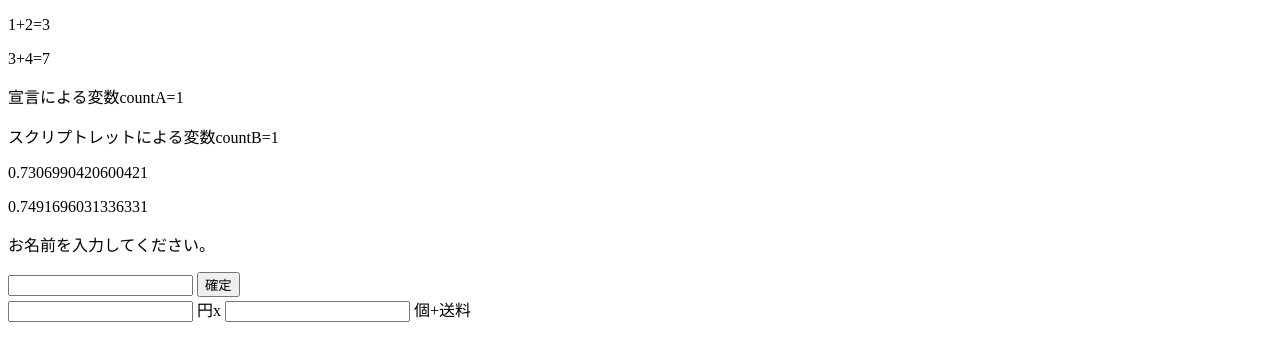
Repository: cha-git/test
Page: http://localhost/HelloJSP/
The author's editor kept a copy of each file at every save. The page is drawn from the files as they stood at one save, then again after the next save.
The browser window is 1280 px wide. The pictures show the whole page.
The page is served by Tomcat 9.

Above is the page before, as saved 2018-12-03 12:13:15.

After the next save:
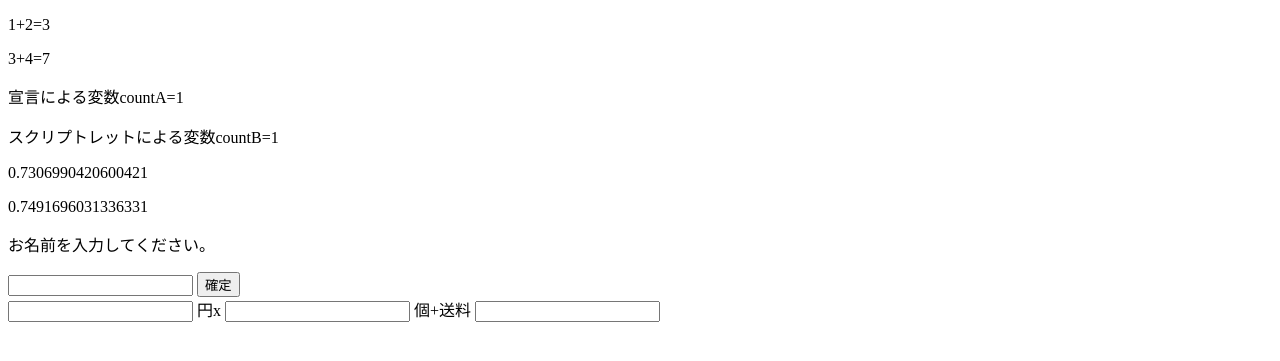
Saved 24 s later.
--- a/HelloJSP/WebContent/index.jsp
+++ b/HelloJSP/WebContent/index.jsp
@@ -42,6 +42,7 @@
 		円x
 		<input type="text" name="count">
 		個+送料
+		<input type="text" name="delivery">
 	</form>
 </body>
 </html>
